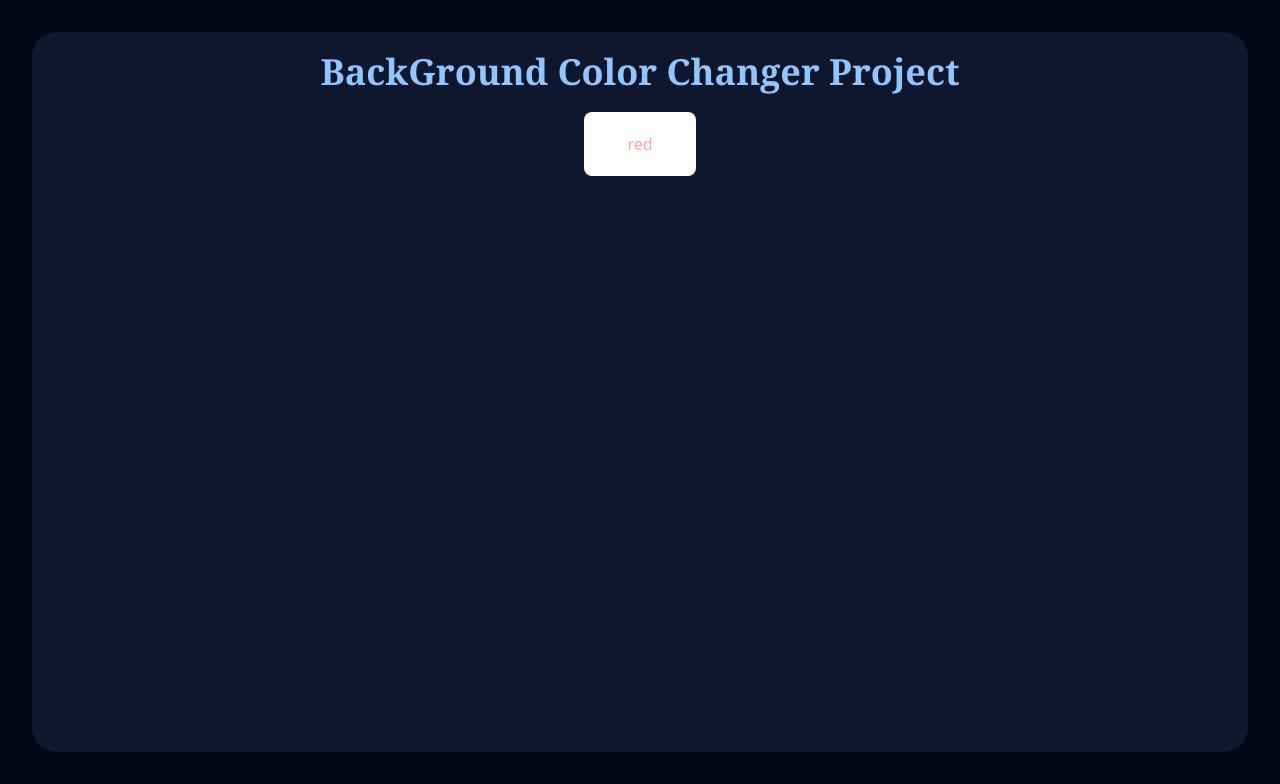
Repository: ChaitanyMishra/react-daily-work
Page: / (app in day-04-react/bg_color_changer/)
The author's editor kept a copy of each file at every save. The page is drawn from the files as they stood at one save, then again after a run of saves.
The browser window is 1280 px wide. The pictures show the whole page.
The project was rebuilt for these pictures with package versions that can differ from the ones it lists, and the page was loaded fresh each time. Also part of the build but not shown: day-04-react/bg_color_changer/vite.config.js.

Above is the page before, as saved 2025-06-20 17:00:33.

After the next 4 saves:
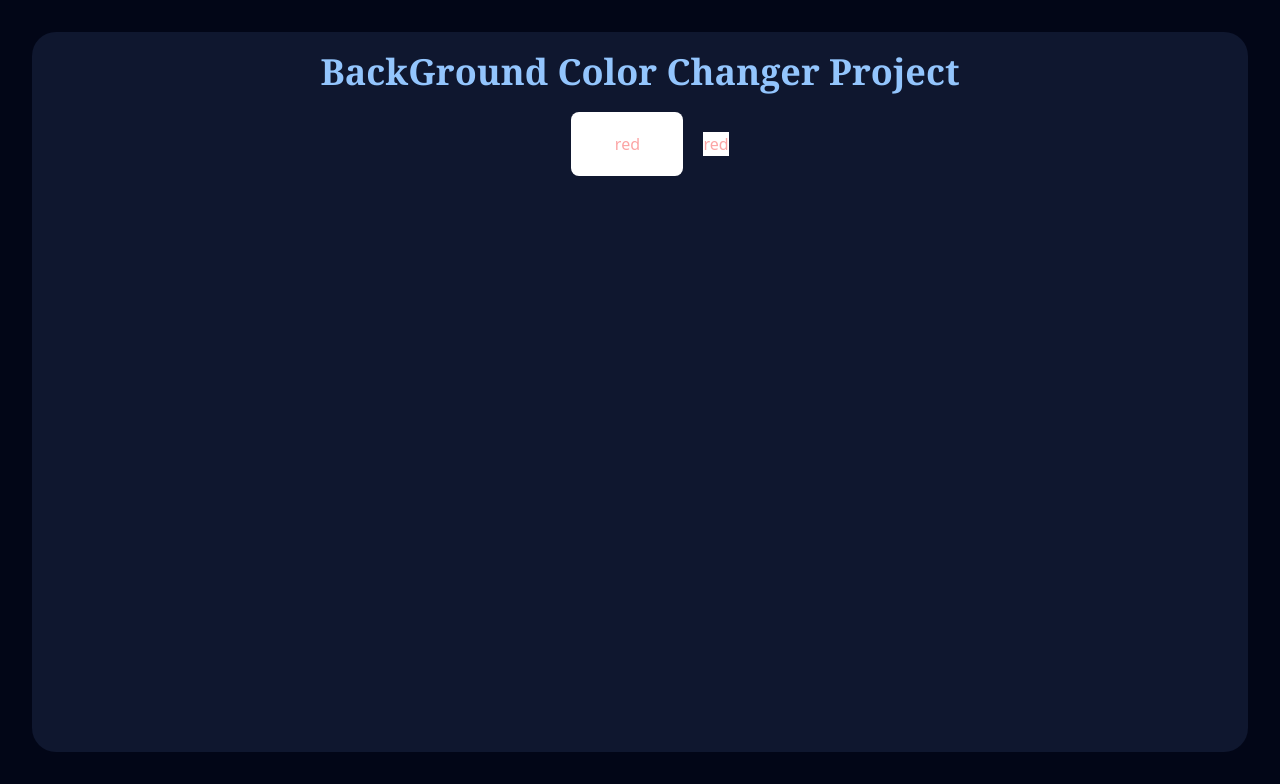
The 4 saves are shown as one change because they came seconds apart.
The last was saved 43 s later.
--- a/day-04-react/bg_color_changer/src/backGrounColorChanger/buttonComponent.jsx
+++ b/day-04-react/bg_color_changer/src/backGrounColorChanger/buttonComponent.jsx
@@ -1,3 +1,5 @@
 export default function ColorChangeButton(){
+    return(
     <button className="bg-white text-red-300">red</button>
+    )
 }
